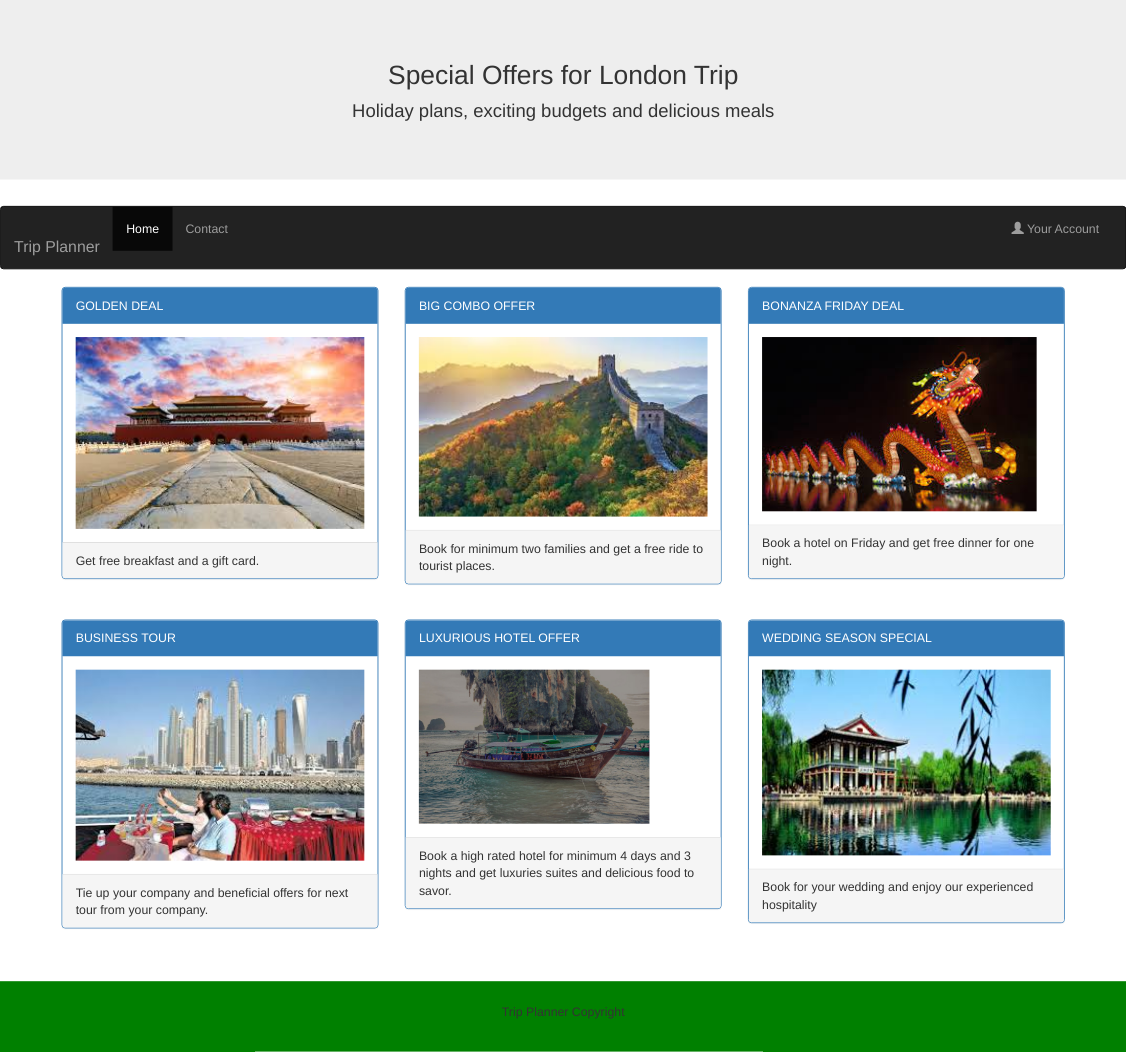
Repository: NanSin21/Mytourism-Website
Page: http://localhost/toursandtravelsmanagement/TripPlaces/CustomerChina.jsp
The author's editor kept a copy of each file at every save. The page is drawn from the files as they stood at one save, then again after the next save.
The browser window is 1280 px wide. The pictures show the whole page, at 88% of full size.
The page is served by Tomcat 9.

Above is the page before, as saved 2018-07-25 07:09:32.

After the next save:
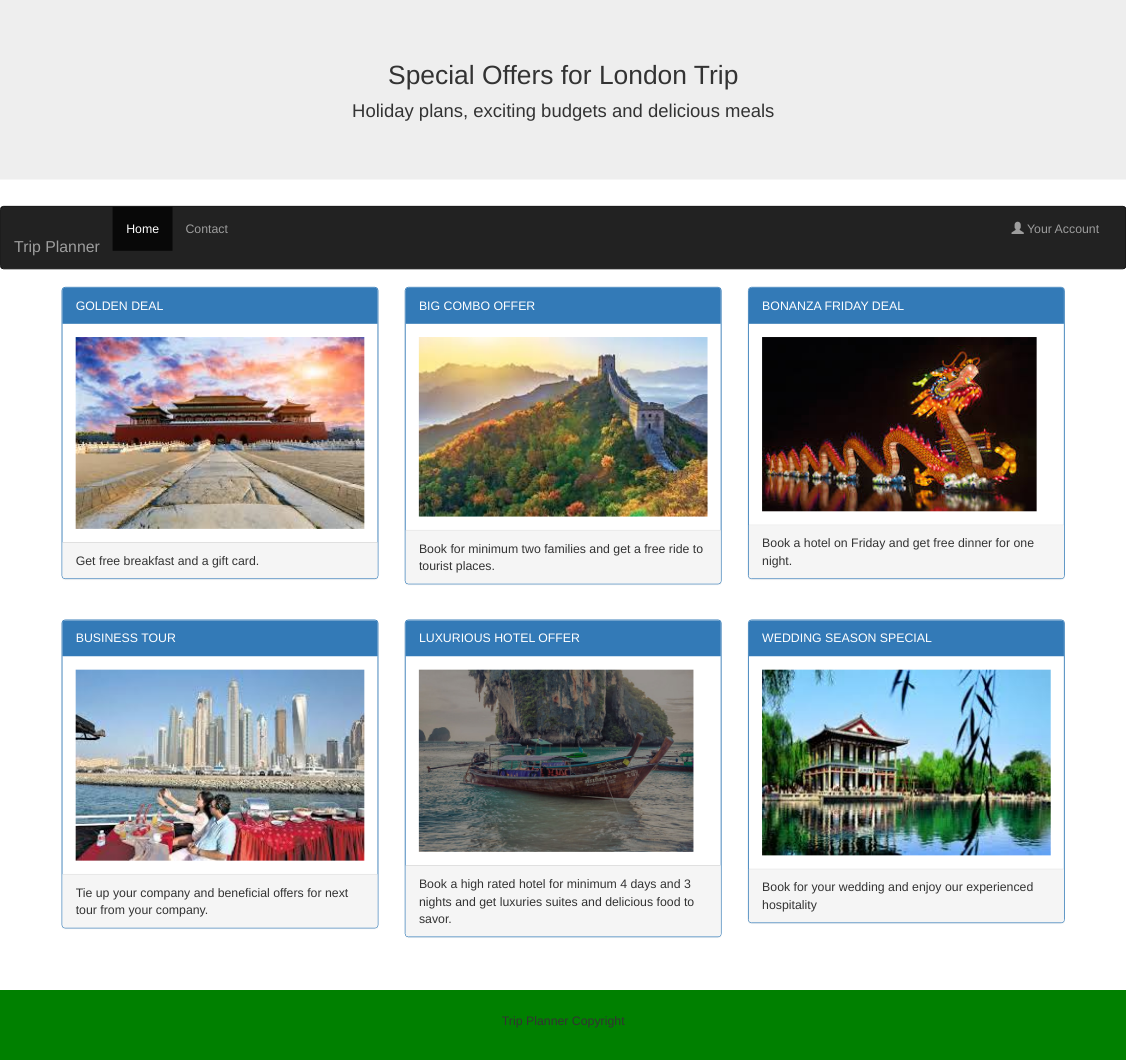
Saved 31 s later.
--- a/toursandtravelsmanagement/WebContent/TripPlaces/CustomerChina.jsp
+++ b/toursandtravelsmanagement/WebContent/TripPlaces/CustomerChina.jsp
@@ -98,7 +98,7 @@
     <div class="col-sm-4">
       <div class="panel panel-primary">
         <div class="panel-heading">LUXURIOUS HOTEL OFFER</div>
-        <div class="panel-body"><img src="images/2.jpg" class="img-responsive" style="width:80%" alt="Image"></div>
+        <div class="panel-body"><img src="images/2.jpg" class="img-responsive" style="width:95%" alt="Image"></div>
         <div class="panel-footer">Book a high rated hotel for minimum 4 days and 3 nights and get luxuries suites and delicious food to savor.</div>
       </div>
     </div>
